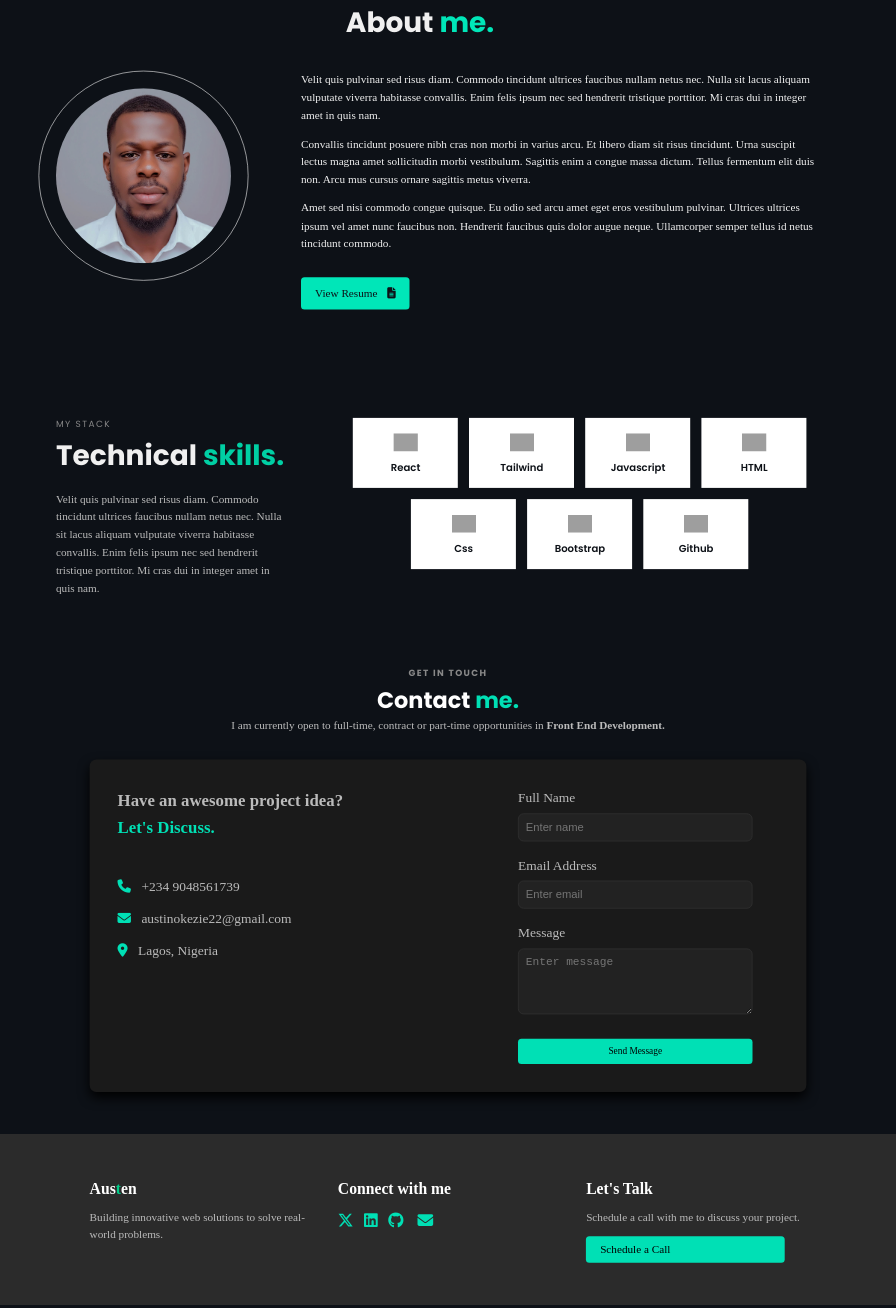
Repository: Austinokezie/Myportfolio
Page: index.html
The author's editor kept a copy of each file at every save. The page is drawn from the files as they stood at one save, then again after the next save.
The browser window is 1280 px wide. The pictures show the part of the page from y = 2140 to 4060 px (the page is 4008 px tall before and 4060 px after), at 70% of full size.
Pictures or frames that could not be fetched are drawn as grey boxes. Some web fonts or font styles are not loaded; a fallback is used.

Above is the page before, as saved 2025-10-15 12:23:32.

### index.html
<!DOCTYPE html>
<html lang="en">
<head>
    <meta charset="UTF-8">
    <meta name="viewport" content="width=device-width, initial-scale=1.0">
    <title>My Portfolio</title>
    <link rel="stylesheet" href="./style.css">
    <link rel="stylesheet" href="./mediaqueries.css">
    <link rel="stylesheet" href="./lib/css/bootstrap-grid.min.css">
    <link rel="stylesheet" href="./lib/js/bootstrap.bundle.min.js">
    <link rel="stylesheet" href="https://cdnjs.cloudflare.com/ajax/libs/font-awesome/6.5.0/css/all.min.css">
</head>
<body>
    <header>
        <nav class="navbar">
          <div class="logo">Aus<span>D</span>ev</div>



           <ul class="nav-links">
               <a href="#" id="close"><img src="./Asset/icons8-close-100.png" alt=""></a>
              <li><a href="#Home"  class="active">Home</a></li>
              <li><a href="#Projects">Featured projects</a></li>
              <li><a href="#About me">About me</a></li>
             <li><a href="#Contact">Contact me</a></li>
           </ul>

          <a href="#"  class=" downloadCV  resume-btn">View Resume <i class="fas fa-file-alt"></i> </a>

          <a href="#" id="fa-bars"  ><img src="./Asset/icons8-menu-100.png" alt=""></i></a>
       </nav>
  </header>

   <section class="intro" id="Home">
      <div class="overlay"></div>
      <div class="intro-content">
         <h1>Hi, I am <span>Austen Okezie</span></h1>
           <p>
              A seasoned <span class="highlight">Frontend Developer</span> transforming ideas into
              stunning digital experiences. Let’s create something amazing!
           </p>

          <div class="social-links">
              <a href="https://github.com/Austinokezie" title="GitHub"><img src="./Asset/icons8-github-30.png" alt=""></a>
              <a href="mailto:austinokezie22@gmail.com" title="Medium"><img src="./Asset/icons8-email-30.png" alt=""></a>
              <a href="https://www.linkedin.com/in/austin-okezie?utm_source=share&utm_campaign=share_via&utm_content=profile&utm_medium=android_app title=" title="linkedin"><img src="./Asset/icons8-linkedin-30.png" alt=""></a>
             <a href="#" title="Twitter"><img src="./Asset/icons8-twitter-30.png" alt=""></a>
          </div>

       </div>
    </section>

    <div class="services-section">
       <h3 class="sub-heading">SERVICES</h3>
       <h2 class="main-heading">What <span>I do.</span></h2>

        <div class="services-container">

          <div class="service-card active">
             <div class="card-number">01</div>
             <div class="card-icon">💻</div>
              <h3>Web Development</h3>
             <div class="underline"></div>
             <p>I use my knowledge of various programming languages such as HTML5, CSS3, JavaScript, and Tailwind to build digital solutions for users.</p>
           </div>

           <div class="service-card">
             <div class="card-number">02</div>
              <div class="card-icon">🎨</div>
              <h3>UI Design</h3>
             <div class="underline"></div>
              <p>Crafting user-centric digital experiences that seamlessly blend aesthetics and functionality. Expert in user-centered design and responsive interfaces.</p>
            </div>

           <div class="service-card">
             <div class="card-number">03</div>
             <div class="card-icon">✍</div>
             <h3>Content Writing</h3>
              <div class="underline"></div>
              <p>Weaving impactful narratives and delivering engaging content that resonates with readers. Combining creativity with research for compelling pieces.</p>
           </div>

        </div>
   </div>

   <section class="portfolio-section" id="Projects">
      <div class="container">
          <h2 class="portfolio-title">PORTFOLIO</h2>
          <h1 class="featured-projects">Featured <span> projects.</span></h1>
           <div class="projects-grid">
                 <div class="project-card">
                   <div class="project-image-placeholder">
                      <img src="./Asset/Foodiegeeks mockup1.png" alt="img">
                   </div>
                   <h3 class="project-name">Foodiegeeks</h3>
                   <p class="project-description">Modern, responsive restaurant website template with elegant, user-friendly design.</p>
                   <h4 class="stack">HTML + Css + Bootstrap5</h4>
                   <a href="https://github.com/Austinokezie/Foodiegeeks">Code</a><i class="fa-brands fa-github"></i> <span class="link-space"><a href="#">View </a><i class="fa-solid fa-link"></i></span>
                 </div>

               <div class="project-card">
                   <div class="project-image-placeholder">
                      <img src="./Asset/Chainpay mockup1.png" alt="img">
                    </div>
                  <h3 class="project-name">Chainpay</h3>
                  <p class="project-description">Clean, professional finance website template with modern, trustworthy, and responsive design.</p>
                  <h4 class="stack">HTML + Css + JavaScript</h4>
                  <a href="https://github.com/Austinokezie/chainpay">Code</a><i class="fa-brands fa-github"></i> <span class="link-space"><a href="#">View </a><i class="fa-solid fa-link"></i></span>

               </div>

               <div class="project-card">
                   <div class="project-image-placeholder">
                     <img src="./Asset/Edtech mockup2.png" alt="img">
                   </div>
                   <h3 class="project-name">School4U</h3>
                   <p class="project-description">Smart, user-friendly EdTech landing page simplifying school search and selection.</p>
                   <h4 class="stack">HTML + TailwindCss + JavaScript</h4>
                   <a href="https://github.com/Austinokezie/EdTech">Code</a><i class="fa-brands fa-github"></i> <span class="link-space"><a href="#">View </a><i class="fa-solid fa-link"></i></span>
               </div>
            </div>
      </div>
   </section>


   <div class="about-me-container" id="About me">
        <div class="section-header">
            <p>MY BIO</p>
            <h1>About <span>me.</span></h1>
        </div>

        <section class="content-wrapper">
            <div class="bio-visuals">
                <div class="photo-orbit-container">
                    <img src="./Asset/Austen Okezie.jpg" alt="Profile Picture" class="profile-photo">

                    <div class="orbit-path"></div>
                </div>
            </div>

            <div class="bio-text">
                <p>
                    Velit quis pulvinar sed risus diam. Commodo tincidunt ultrices faucibus nullam netus nec. Nulla sit lacus aliquam vulputate viverra habitasse convallis. Enim felis ipsum nec sed hendrerit tristique porttitor. Mi cras dui in integer amet in quis nam.
                </p>
                <p>
                    Convallis tincidunt posuere nibh cras non morbi in varius arcu. Et libero diam sit risus tincidunt. Urna suscipit lectus magna amet sollicitudin morbi vestibulum. Sagittis enim a congue massa dictum. Tellus fermentum elit duis non. Arcu mus cursus ornare sagittis metus viverra.
                </p>
                <p>
                    Amet sed nisi commodo congue quisque. Eu odio sed arcu amet eget eros vestibulum pulvinar. Ultrices ultrices ipsum vel amet nunc faucibus non. Hendrerit faucibus quis dolor augue neque. Ullamcorper semper tellus id netus tincidunt commodo.
                </p>

                <a href="#"  class=" downloadCV view-resume-btn">
                    View Resume <i class="fas fa-file-alt"></i>
                </a>
            </div>
        </section>
    </div>


    <div class="skills-section-container">
        <div class="skills-content-wrapper">

            <div class="skills-text-area">
                <p class="skills-subtitle">MY STACK</p>
                <h2 class="skills-title">Technical <span>skills.</span></h2>
                <p class="skills-description">
                    Velit quis pulvinar sed risus diam. Commodo tincidunt ultrices faucibus nullam netus nec. Nulla sit lacus aliquam vulputate viverra habitasse convallis. Enim felis ipsum nec sed hendrerit tristique porttitor. Mi cras dui in integer amet in quis nam.
                </p>
            </div>


                    <div class="skills">
                        <div class="skill-card">
                           <img src="https://devicon-website.vercel.app/api/react/original-wordmark.svg" alt="React">
                           <span>React</span>

                        </div>

                        <div class="skill-card">
                           <img src="https://devicon-website.vercel.app/api/tailwindcss/original-wordmark.svg" alt="Tailwind">
                           <span>Tailwind</span>
                        </div>

                        <div class="skill-card">
                          <img src="https://devicon-website.vercel.app/api/javascript/original.svg" alt="Javascript">
                           <span>Javascript</span>
                        </div>

                        <div class="skill-card">
                           <img src="https://devicon-website.vercel.app/api/html5/original.svg" alt="HTML">
                           <span>HTML</span>
                        </div>

                        <div class="skill-card">
                           <img src="https://devicon-website.vercel.app/api/css3/original.svg" alt="Css">
                           <span>Css</span>
                        </div>

                        <div class="skill-card">
                           <img src="https://devicon-website.vercel.app/api/bootstrap/original.svg" alt="Bootstrap">
                           <span>Bootstrap</span>
                        </div>

                        <div class="skill-card">
                           <img src="https://devicon-website.vercel.app/api/github/original.svg" alt="Github">
                           <span>Github</span>
                        </div>
                    </div>


        </div>



    </div>

   <section class="contact" id="Contact">
        <div class="contact-header">
          <h4>GET IN TOUCH</h4>
          <h2>Contact <span>me.</span></h2>
           <p>
              I am currently open to full-time, contract or part-time opportunities in
              <strong>Front End Development.</strong>
           </p>
       </div>

       <div class="contact-container">
          <!-- Left side -->
           <div class="contact-info">
              <h3>Have an awesome project idea?<br><span>Let's Discuss.</span></h3>
                <ul>
                   <li><i class="fas fa-phone"></i> +234 9048561739</li>
                   <li><i class="fas fa-envelope"></i> austinokezie22@gmail.com</li>
                  <li><i class="fas fa-map-marker-alt"></i> Lagos, Nigeria</li>
               </ul>
           </div>

          <!-- Right side -->
          <form class="contact-form">
               <div class="input-group">
                  <label for="name" class="name">Full Name</label>
                  <input type="text" id="name" placeholder="Enter name" required />
               </div>

               <div class="input-group">
                  <label for="email" class="Email">Email Address</label>
                  <input type="email" id="email" placeholder="Enter email" required />
               </div>

                <div class="input-group">
                  <label for="message" class="message">Message</label>
                  <textarea id="message" rows="4" placeholder="Enter message" required></textarea>
               </div>

                 <button type="submit" class="btn">Send Message</button>
            </form>
         </div>
    </section>

    <footer class="footer">
       <div class="footer-container">
         <!-- Left Column -->
           <div class="footer-section">
             <h3>Aus<span>t</span>en</h3>
             <p>Building innovative web solutions to solve real-world problems.</p>
           </div>

           <!-- Middle Column -->
           <div class="footer-section">
              <h3>Connect with me</h3>
               <div class="social-icons">
                   <a href="#"><i class="fab fa-x-twitter"></i></a>
                   <a href="https://www.linkedin.com/in/austin-okezie?utm_source=share&utm_campaign=share_via&utm_content=profile&utm_medium=android_app title="><i class="fab fa-linkedin"></i></a>
                   <a href="https://github.com/Austinokezie"><i class="fab fa-github"></i></a>
                   <a href="#"><i class="fa-solid fa-envelope"></i></a>
                   <!-- <a href="#"><i class="fab fa-facebook"></i></a>
                   <a href="#"><i class="fab fa-tiktok"></i></a> -->
                </div>
           </div>

           <!-- Right Column -->
           <div class="footer-section">
              <h3>Let's Talk</h3>
             <p>Schedule a call with me to discuss your project.</p>
             <a href="#" class="btn">Schedule a Call</a>
           </div>
       </div>
    </footer>













         <!-- Arrow -->
        <!-- <div class="text-center mt-5">
           <img
             src="./Asset/icons8-arrow-down-100.png"
             alt="arrow icon"
             class="icon arrow img-fluid"
             style="width: 50px; cursor: pointer;"
             onclick="location.href='./experience'"
            >
       </div> -->





 <!--
        <img src="./Asset/icons8-arrow-down-100.png" alt="arrow icon"
           class="icon arrow"
           onclick="location.href= './experience'"
        >  -->
















 <script src="https://cdn.emailjs.com/dist/email.min.js"></script>

 <script src="./script.js"></script>

</body>
</html>

Loaded but not shown: lib/css/bootstrap-grid.min.css (library); lib/js/bootstrap.bundle.min.js (library); script.js (91 lines, source omitted); style.css (1844 lines, source omitted); mediaqueries.css (empty)

After the next save:
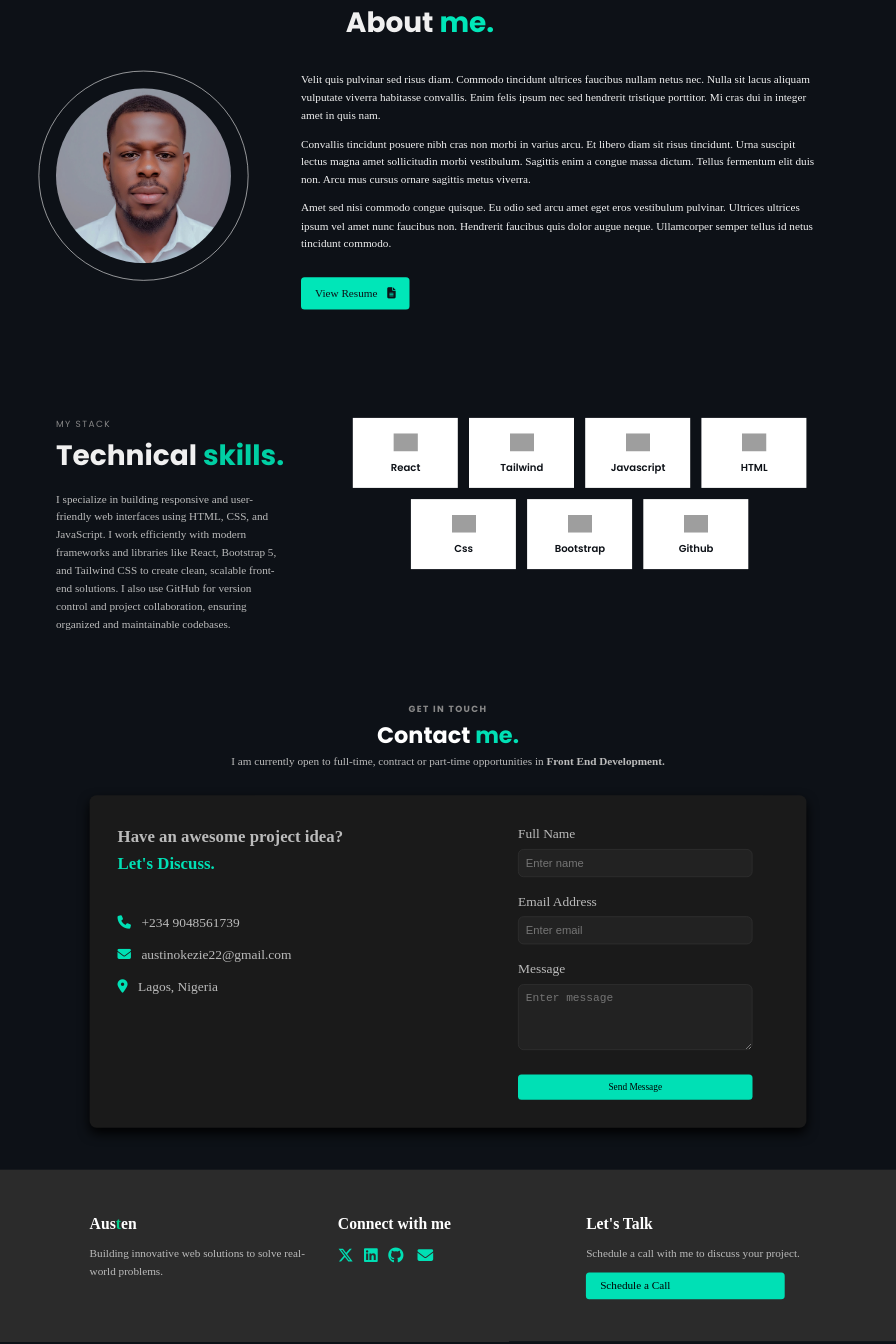
Saved 5 min 20 s later.
--- a/index.html
+++ b/index.html
@@ -164,7 +164,7 @@
                 <p class="skills-subtitle">MY STACK</p>
                 <h2 class="skills-title">Technical <span>skills.</span></h2>
                 <p class="skills-description">
-                    Velit quis pulvinar sed risus diam. Commodo tincidunt ultrices faucibus nullam netus nec. Nulla sit lacus aliquam vulputate viverra habitasse convallis. Enim felis ipsum nec sed hendrerit tristique porttitor. Mi cras dui in integer amet in quis nam.
+                    I specialize in building responsive and user-friendly web interfaces using HTML, CSS, and JavaScript. I work efficiently with modern frameworks and libraries like React, Bootstrap 5, and Tailwind CSS to create clean, scalable front-end solutions. I also use GitHub for version control and project collaboration, ensuring organized and maintainable codebases.
                 </p>
             </div>
 
